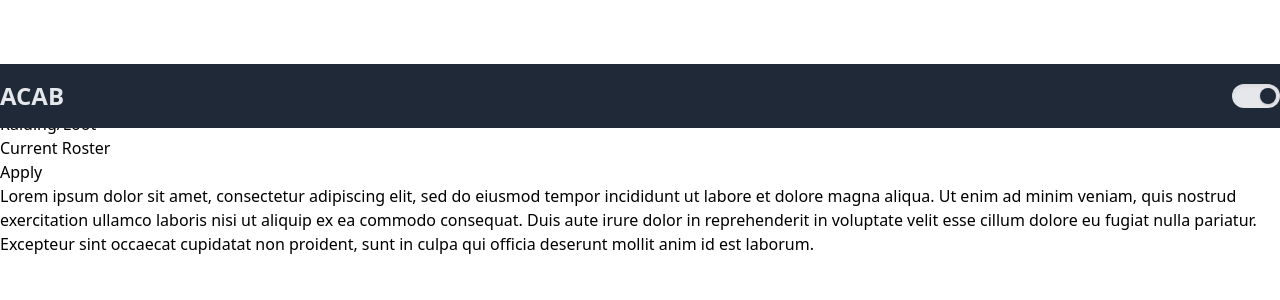
Repository: eaang/catguild_frontend
Page: /
The author's editor kept a copy of each file at every save. The page is drawn from the files as they stood at one save, then again after the next save.
The browser window is 1280 px wide. The pictures show the whole page.
The project was rebuilt for these pictures with package versions that can differ from the ones it lists, and the page was loaded fresh each time. The framework's server and built-in components were replaced by stand-ins that run in the browser. Also part of the build but not shown: nuxt.config.js, components/ContentBox.vue, components/ContentEditor.vue, components/ImageBox.vue, components/SidebarMain.vue, components/SidebarSub.vue, components/TheFoooter.vue, components/icons/ChevronDown.vue and 19 more. Imported but missing from the stored project, and not drawn on this page: apollo/queries/categories/category.

Above is the page before, as saved 2021-04-02 18:44:29.

After the next save:
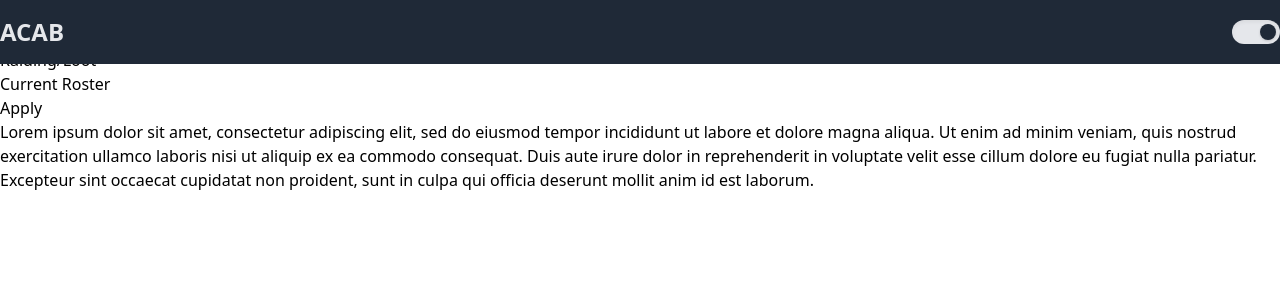
Saved 21 s later.
--- a/layouts/default.vue
+++ b/layouts/default.vue
@@ -1,7 +1,7 @@
 <template>
   <div class="relative" :class="{ dark: darkTheme }">
     <TheHeader class="absolute inset-x-0 top-0" />
-    <div class="container mt-16">
+    <div class="container">
       <div class="">
         <TheSidebar class="" />
         <Nuxt />
